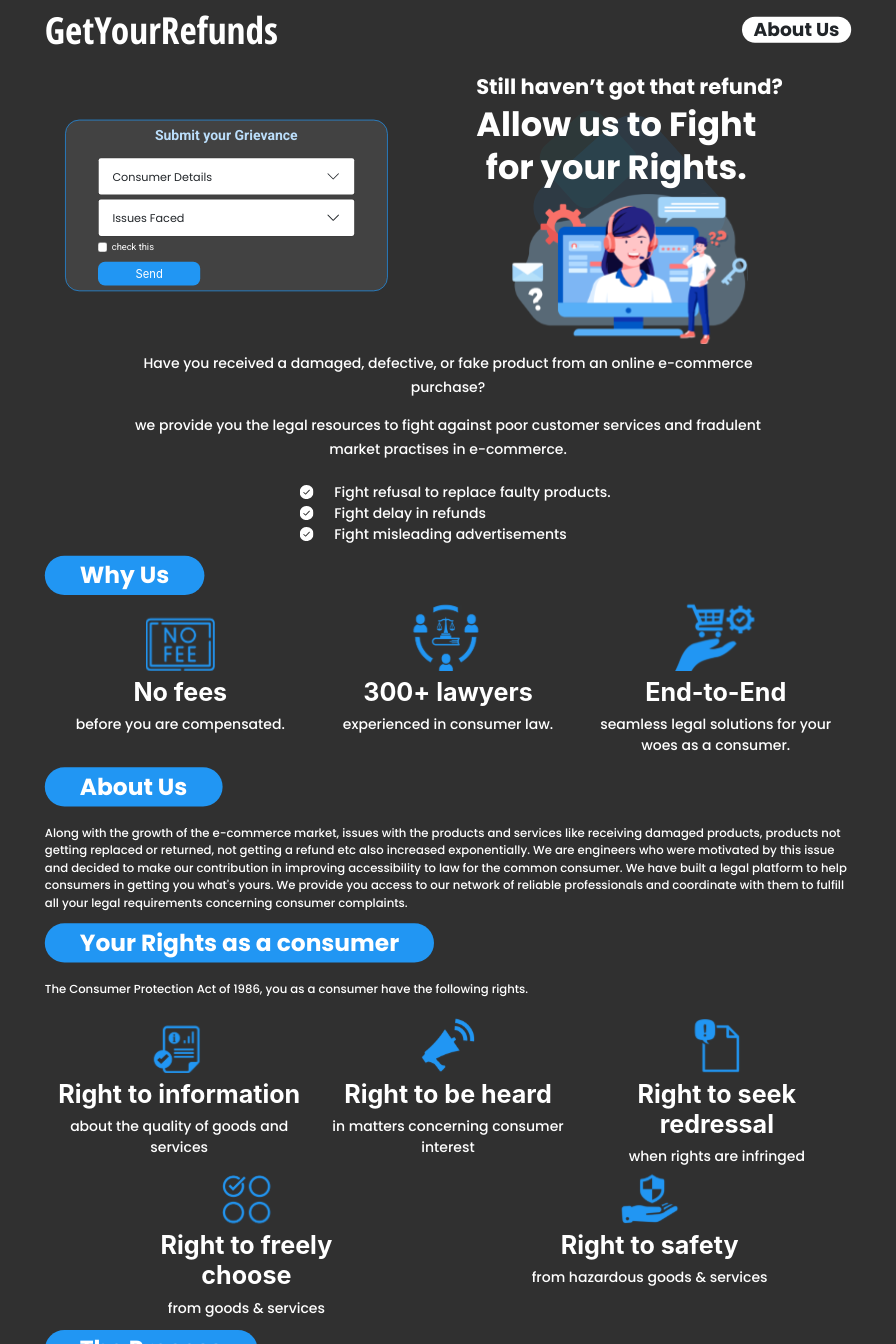
Repository: Eren00Yeager/initial-survey
Page: /consumer-complaints
The author's editor kept a copy of each file at every save. The page is drawn from the files as they stood at one save, then again after the next save.
The browser window is 1280 px wide. The pictures show the part of the page from y = 0 to 1920 px (the page is 2604 px tall), at 70% of full size.
Some web fonts or font styles are not loaded; a fallback is used. The project was rebuilt for these pictures with package versions that can differ from the ones it lists, and the page was loaded fresh each time. The framework's server and built-in components were replaced by stand-ins that run in the browser. Also part of the build but not shown: next.config.js.

Above is the page before, as saved 2022-07-14 13:15:28.

After the next save:
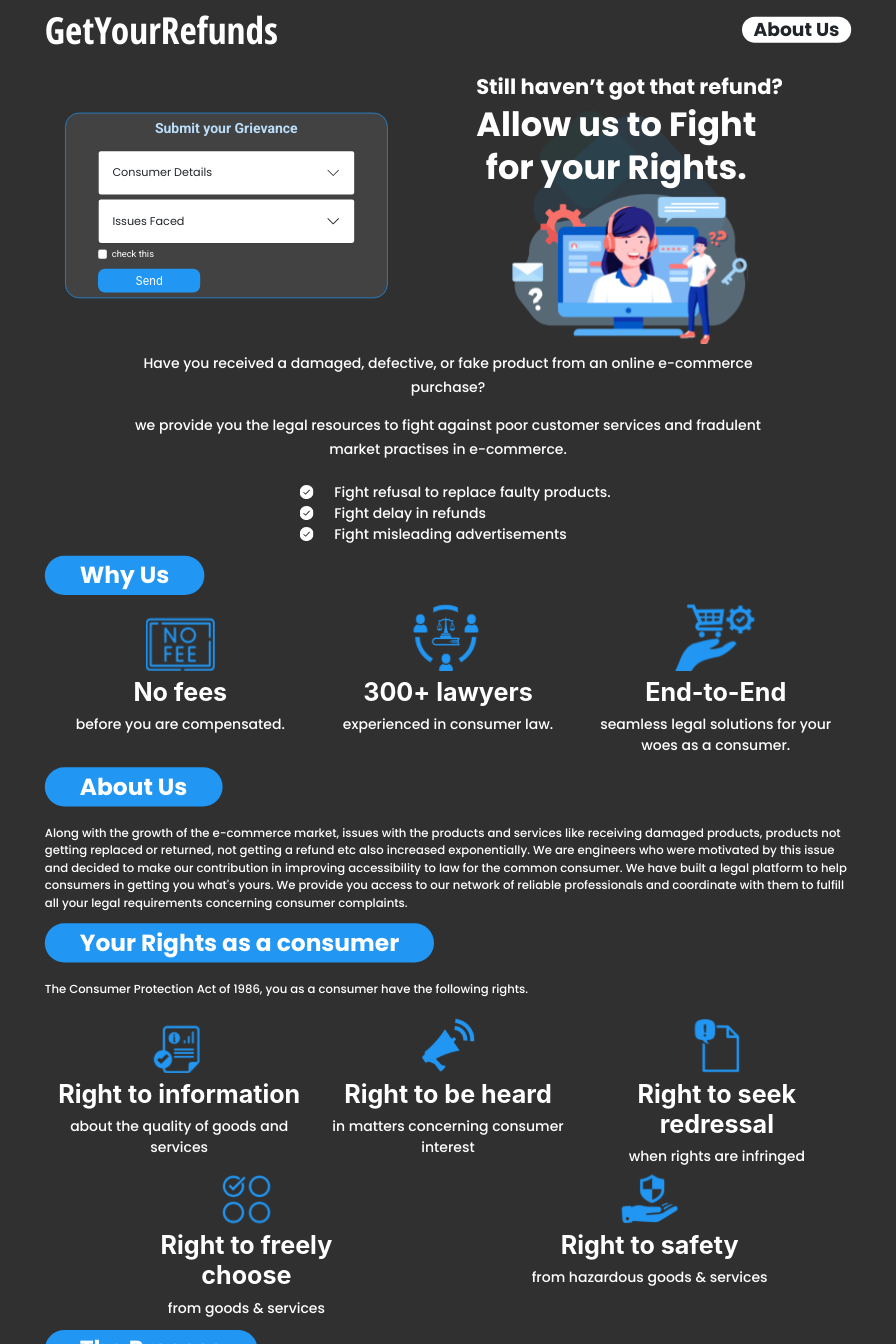
Saved 24 s later.
--- a/pages/consumer-complaints.jsx
+++ b/pages/consumer-complaints.jsx
@@ -120,8 +120,8 @@ export default function consumer() {
             </div>
             <div className={consumerStyles.details}>
                 <Accordion >
-                    <Accordion.Item eventKey="0" className={consumerStyles.id} style={{background:"#424242"}}>
-                        <Accordion.Header>Consumer Details</Accordion.Header>
+                    <Accordion.Item eventKey="0"  style={{background:"#424242"}}>
+                        <Accordion.Header className={consumerStyles.id}>Consumer Details</Accordion.Header>
                         <Accordion.Body>
                             <Form.Group className={consumerStyles.det}>
                                 <Form.Label className={consumerStyles.nam}>Name</Form.Label>
@@ -146,8 +146,8 @@ export default function consumer() {
                     </Accordion.Item>
                 </Accordion>
                 <Accordion >
-                    <Accordion.Item eventKey="0" className={consumerStyles.id} style={{background:"#424242"}}>
-                        <Accordion.Header>Issues Faced</Accordion.Header>
+                    <Accordion.Item eventKey="0" style={{background:"#424242"}}>
+                        <Accordion.Header className={consumerStyles.id}>Issues Faced</Accordion.Header>
                         <Accordion.Body>
                         <Form.Group className={consumerStyles.det}>
                     <Form.Label className={consumerStyles.nam}>Problem Faced</Form.Label>
